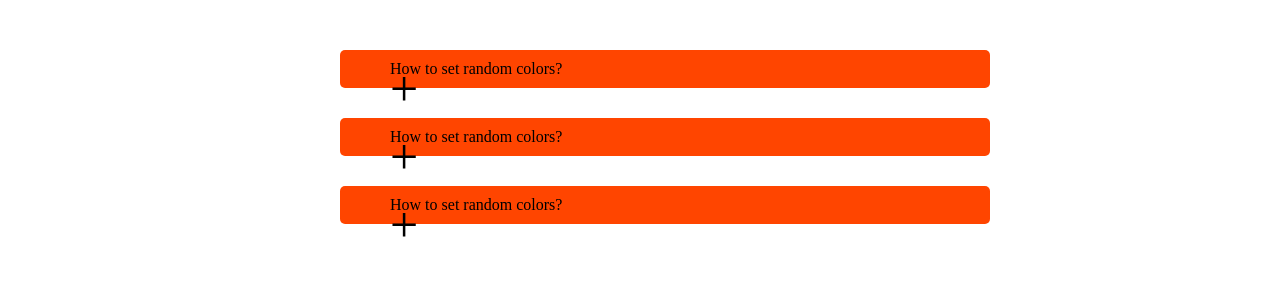
Repository: truongtn04/f8-fullstack-k5
Page: day05/ex02.html
The author's editor kept a copy of each file at every save. The page is drawn from the files as they stood at one save, then again after the next save.
The browser window is 1280 px wide. The pictures show the whole page.

Above is the page before, as saved 2023-12-04 11:26:15.

### day05/ex02.html
<!DOCTYPE html>
<html lang="en">
<head>
    <meta charset="UTF-8">
    <meta name="viewport" content="width=device-width, initial-scale=1.0">
    <title>Document</title>
    <link rel="stylesheet" href="css/ex02.css">
</head>
<body>
    <article>
        <label class ="list-content1" onclick =showText1()>
            <input type="radio" name ="text1">
            <span>How to set random colors?</span>
            <div class="text">
                <p>To set random colors: <br>
                1&#41; Add <b>fag-random-colors </b> class <br>
                2&#41; To change color, open theme &#40;num&#41; css, find "jag-fag-random-colors"<br>
                3&#41; You can change color form here <br>
                Lorem ipsum dolor sit amet consectetur adipisicing elit. Ad veniam optio eligendi ullam exercitationem modi, maxime deserunt quidem illo commodi odit ratione veritatis? Magnam, adipisci! Quod praesentium eius odit est.
                </p>
             </div>
    </label>
        <label class ="list-content2" onclick =showText2()>
            <input type="radio" name="text1" >
            <span>How to set random colors?</span>
            <div class="text">
                <p>To set random colors: <br>
                1&#41; Add <b>fag-random-colors </b> class <br>
                2&#41; To change color, open theme &#40;num&#41; css, find "jag-fag-random-colors"<br>
                3&#41; You can change color form here <br>
                Lorem ipsum dolor sit amet consectetur adipisicing elit. Ad veniam optio eligendi ullam exercitationem modi, maxime deserunt quidem illo commodi odit ratione veritatis? Magnam, adipisci! Quod praesentium eius odit est.
                </p>
             </div>
        </label>
        <label class ="list-content3" onclick =showText3()>
            <input type="radio" name="text1" >
            <span>How to set random colors?</span>
            <div class="text">
                <p>To set random colors: <br>
                1&#41; Add <b>fag-random-colors </b> class <br>
                2&#41; To change color, open theme &#40;num&#41; css, find "jag-fag-random-colors"<br>
                3&#41; You can change color form here <br>
                Lorem ipsum dolor sit amet consectetur adipisicing elit. Ad veniam optio eligendi ullam exercitationem modi, maxime deserunt quidem illo commodi odit ratione veritatis? Magnam, adipisci! Quod praesentium eius odit est.
                </p>
             </div>
        </label>
    </article>
    <script>
        var list1 = document.querySelector('.list-content1');
        var list2 = document.querySelector('.list-content2');
        var list3 = document.querySelector('.list-content3');
        function showText1(){
            list1.classList.add('bonus');
            list2.classList.remove('bonus');
            list3.classList.remove('bonus');
        }
        function showText2(){
            list1.classList.remove('bonus');
            list2.classList.add('bonus');
            list3.classList.remove('bonus');
        }
        function showText3(){
            list1.classList.remove('bonus');
            list2.classList.remove('bonus');
            list3.classList.add('bonus');
        }
    </script>
</body>
</html>

### day05/css/ex02.css
body{
    margin: 50px 50px;
}
label{
    background-color: orangered;
}
article{
    width: 600px;
    margin: 0 auto;
}
input{
    display: none;
}
label{
    width: 600px;
    display: block;
    padding: 10px 0 10px 0;
    margin-bottom: 30px;
    border-radius: 5px;
    position: relative;
    padding-left: 50px;
}
label::before{
    content:'+';
    position: absolute;
    font-size: 50px;
}
.text{
    display: none;
    position: absolute;

}
input[type ="radio"]:checked ~ .text{
    display: block;
}
.bonus{
    margin-bottom: 150px;
}

After the next save:
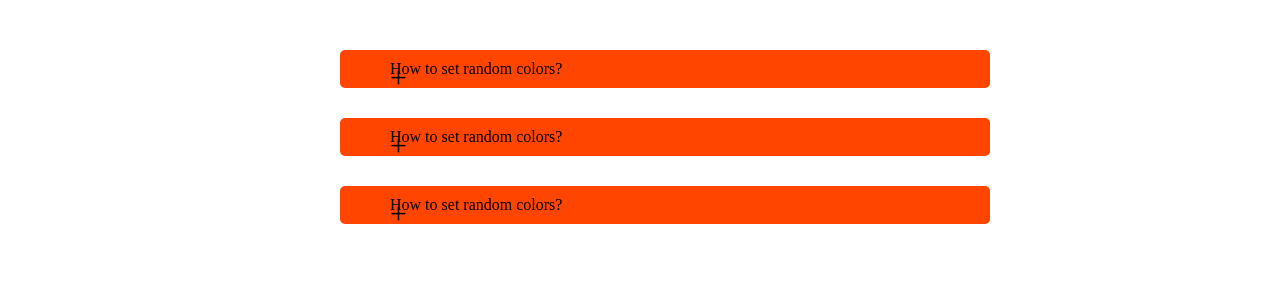
Saved 5 s later.
--- a/day05/css/ex02.css
+++ b/day05/css/ex02.css
@@ -23,7 +23,7 @@ label{
 label::before{
     content:'+';
     position: absolute;
-    font-size: 50px;
+    font-size: 30px;
 }
 .text{
     display: none;
